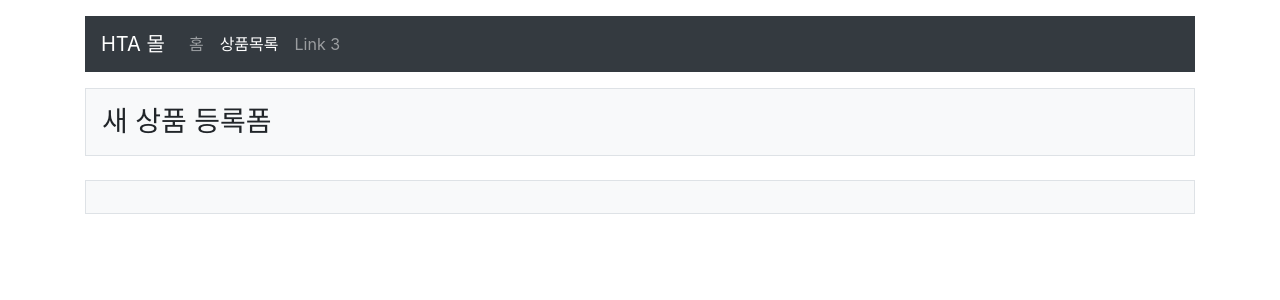
Repository: onuo77/HTA
Page: http://localhost/sample-mybatis/product/form.jsp
The author's editor kept a copy of each file at every save. The page is drawn from the files as they stood at one save, then again after the next save.
The browser window is 1280 px wide. The pictures show the whole page.
The page is served by Tomcat 9.

Above is the page before, as saved 2021-05-26 05:26:59.

After the next save:
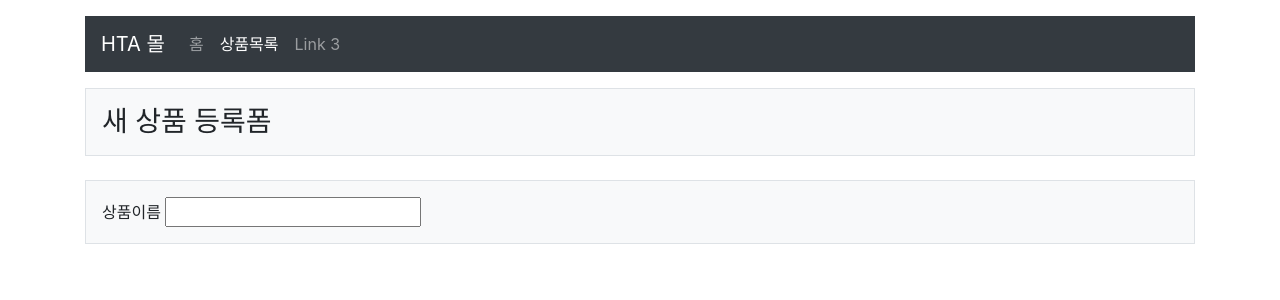
Saved 118 s later.
--- a/java-web/sample-mybatis/src/main/webapp/product/form.jsp
+++ b/java-web/sample-mybatis/src/main/webapp/product/form.jsp
@@ -27,7 +27,8 @@
 		<div class="row">
 			<div class="col-12">
 				<form action="" class="border p-3 bg-light">
-
+					상품이름
+					<input type="text">
 				</form>
 			</div>
 		</div>
